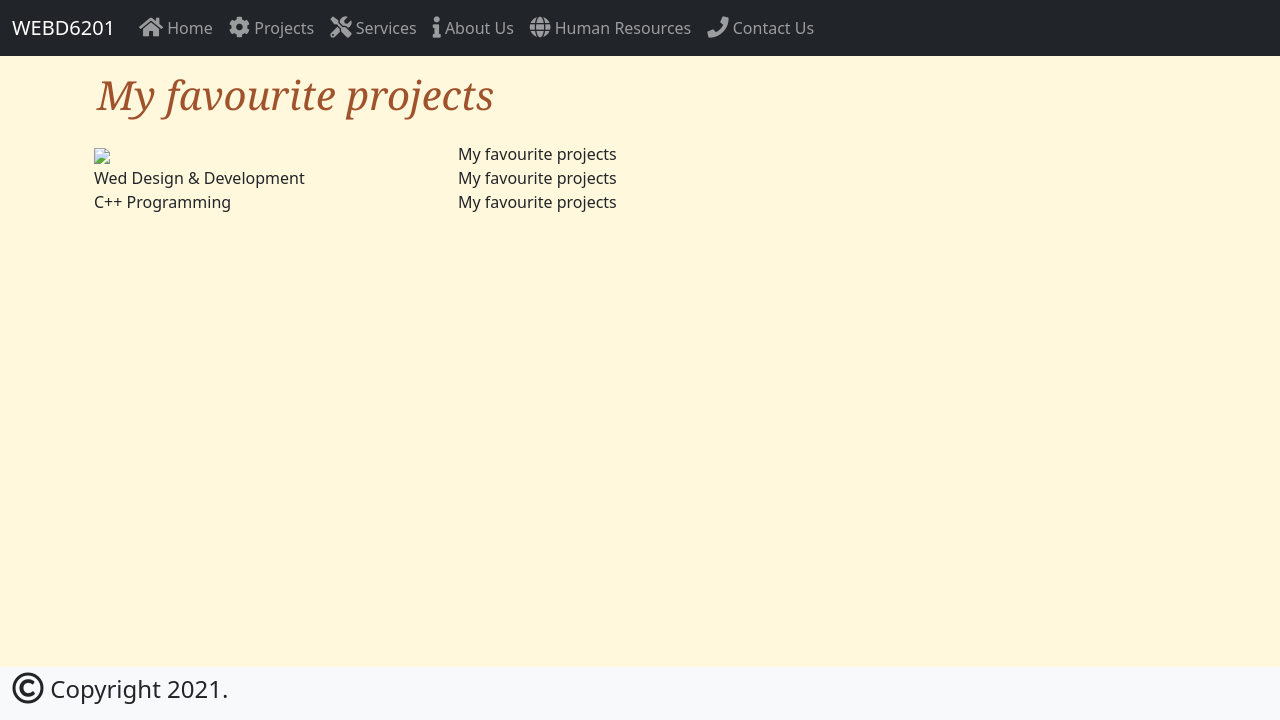
Repository: YiuWingLau/WEBD6201-W2021-Lab1
Page: projects.html
An editor plug-in stored every save of this project. The page is shown before and after the next save, followed by the edit.
The browser window is 1280 px wide. The pictures show the whole page.

Above is the page before, as saved 2021-02-04 20:50:50.
Not found: images/img_me.jpg alt=

### projects.html
<!DOCTYPE html>
<html lang="en">
<head>
    <meta charset="UTF-8">
    <meta name="viewport" content="width=device-width, initial-scale=1.0">
    <title>Projects</title>

    <!--CSS Section -->
    <link rel="stylesheet" href="./node_modules/bootstrap/dist/css/bootstrap.min.css">
    <link rel="stylesheet" href="./node_modules/@fortawesome//fontawesome-free/css/all.min.css">
    <link rel="stylesheet" href="./Content/app.css">
</head>
<body>
    <!-- Main Header-->
    <header>
      <!-- Main Navigation-->
      <nav class="navbar navbar-expand-lg navbar-dark bg-dark">
          <div class="container-fluid">
            <a class="navbar-brand" href="index.html">WEBD6201</a>
            <button class="navbar-toggler" type="button" data-bs-toggle="collapse" data-bs-target="#navbarSupportedContent" aria-controls="navbarSupportedContent" aria-expanded="false" aria-label="Toggle navigation">
              <span class="navbar-toggler-icon"></span>
            </button>
            <div class="collapse navbar-collapse" id="navbarSupportedContent">
              <ul class="navbar-nav me-auto mb-2 mb-lg-0">

                <li id="navBarIndex" class="nav-item">
                  <a class="nav-link" aria-current="page" href="index.html"><i class="fas fa-home fa-lg"></i> Home</a>
                </li>

                <li id="navBarProjects" class="nav-item">
                  <a class="nav-link active" aria-current="page" href="products.html"><i class="fas fa-cog fa-lg"></i> Products</a>
                </li>

                <li id="navBarServices" class="nav-item">
                  <a class="nav-link" aria-current="page" href="services.html"><i class="fas fa-tools fa-lg"></i> Services</a>
                </li>

                <li id="navBarAboutUs" class="nav-item">
                  <a class="nav-link" aria-current="page" href="about.html"><i class="fas fa-info fa-lg"></i> About Us</a>
                </li>

                <li id="navBarContactUs" class="nav-item">
                  <a class="nav-link" aria-current="page" href="contact.html"><i class="fas fa-phone fa-lg"></i> Contact Us</a>
                </li>

              </ul>
            </div>
          </div>
      </nav>
    </header>
    <!-- Main Content -->
    <main class="container">
    </main>

    <!-- Main Footer -->
    <footer>
        <nav class="navbar fixed-bottom navbar-light bg-light">
            <div class="container-fluid">
              <h4><i class="far fa-copyright fa-lg"></i> Copyright 2021.</a></h4>
            </div>
        </nav>
    </footer>
    <!-- JavaScript Section -->
    <script src="./node_modules/jquery/dist/jquery.min.js"></script>
    <script src="./node_modules/bootstrap/dist/js/bootstrap.bundle.min.js"></script>
    <script src="./Scripts/app.js"></script>
</body>
</html>

### Content/app.css
h1 {
    padding: 15px;
    color: sienna;
    font-family: Cambria, Cochin, Georgia, Times, 'Times New Roman', serif;
    font-style: italic;
}

p {
    padding: 15px;
    color: blue;
    font-family:Cambria, Cochin, Georgia, Times, 'Times New Roman', serif;
    font-style: italic;
    font-size: 25px;
    text-align: justify;
}

body {
    background-color: cornsilk;
}

#homePicture {
    width: 1000px;
    height: 600px;
}

### Scripts/app.js
/* custom JavaScript goes here */

//IIFE - Immediately Invoked Function Expression
//AKA - Anonymous Self-Executing Function
//Closure - limits scope leak

"use strict";

(function()
{
    function displayHome()
    {
      // create heading element
      let homeHeading = document.createElement("h1");
      // configure the element
      homeHeading.setAttribute("id", "homeHeading");
      homeHeading.textContent = "Welcome to WEBD6201";
      // select the parent element
      let mainContent = document.getElementsByTagName("main")[0];
      // Add / Insert the element
      mainContent.appendChild(homeHeading);

      // inject the background image to the home pageinject the background image to the home page
        let myhomebackground = document.createElement("img");
        myhomebackground.setAttribute("id", "homePicture");
        myhomebackground.setAttribute("src", "./images/homepagebackground.jpg");
        myhomebackground.setAttribute("alt", "Computer Programmer");
        mainContent.appendChild(myhomebackground);

        // inject the first paragraph to the home page
        let newParagraph = document.createElement("p");
        newParagraph.setAttribute("id", "paragraphTwo");
        newParagraph.textContent = "We provide the best programming service for you...";
        mainContent.appendChild(newParagraph);
    }

    function displayAbout()
    {
        //create new element Human Resources
        let myPicture = document.createElement("img");
        myPicture.setAttribute("id", "myImage");
        myPicture.setAttribute("src", "./images/img_me.jpg");
        myPicture.setAttribute("alt", "Nelson Lau");
        myPicture.setAttribute("width", "192");
        myPicture.setAttribute("height", "108");

        // Step 1. document.createElement
        let ParagraphOne = document.createElement("p");
        // Step 2. configure the element
        ParagraphOne.setAttribute("id", "myIntroduction");
        ParagraphOne.textContent = "Here are my favourite projects.";
        // Step 3. select the parent element
        let mainContent = document.getElementsByTagName("main")[0];
        mainContent.appendChild(myPicture);
        // Step 4. Add / Insert the element
        mainContent.appendChild(ParagraphOne);
        ParagraphOne.className = "fs-lg";

    }

    function displayProjects()
    {
      // create and add heading to Projects page
      let projectHeading = document.createElement("h1");
      projectHeading.setAttribute("id", "projectHeading");
      projectHeading.textContent = " My favourite projects";
      let mainContent = document.getElementsByTagName("main")[0];
      mainContent.appendChild(projectHeading);


      // create favorite projects element div tag
      let project = document.createElement("div");
      project.setAttribute("class", "container");
      project.setAttribute("id", "project");
      mainContent.appendChild(project);

      // create & insert 1st favorite project detail
      let projectOne = document.createElement("div");
      projectOne.setAttribute("class", "row");
      projectOne.setAttribute("id", "projectOne");
      projectOne.innerHTML = `<div class="row"><div class="col-4"><img id="favHardware" src="./images/img_me.jpg alt="Hardware Compontent"></div><div class="col-8"> My favourite projects</div></div>`;
      project.appendChild(projectOne);

      // create & insert 2nd favorite project detail
      let projectTwo = document.createElement("div");
      projectTwo.setAttribute("class", "row");
      projectTwo.setAttribute("id", "projectTwo");
      projectTwo.innerHTML = `<div class="row"><div class="col-4"> Wed Design & Development</div><div class="col-8"> My favourite projects</div></div>`;
      project.appendChild(projectTwo);

      // create & insert 2nd favorite project detail
      let projectThree = document.createElement("div");
      projectThree.setAttribute("class", "row");
      projectThree.setAttribute("id", "projectThree");
      projectThree.innerHTML = `<div class="row"><div class="col-4"> C++ Programming</div><div class="col-8"> My favourite projects</div></div>`;
      project.appendChild(projectThree);
    }

    function displayHumanResources()
    {

    }

    function displayServices()
    {

        // another way of injecting content
        let paragraphDiv = document.createElement("div");
        let paragraphThree = `<p id="paragraphThree" class="fs-7 fw-bold">And this is the Third Paragraph</p>`;
        paragraphDiv.innerHTML = paragraphThree;

        // insertions

        // example of inserting before a node
        // newParagraph.before(paragraphDiv);

        // example of inserting after a node
        newParagraph.after(paragraphDiv);

        // deletions

        // example of removing a single element
        //paragraphOneElement.remove();

        // example of removeChild
       // mainContent.removeChild(paragraphOneElement);
        // update / modification
        //mainContent.firstElementChild.textContent = "Welcome Home!";
    }

    function displayContact()
    {
        let messageArea = document.getElementById("messageArea");
        messageArea.hidden = true;

        // form validation
        let fullName = document.getElementById("fullName");
        fullName.addEventListener("blur", function() {
            if(fullName.value.length < 2)
            {
                fullName.focus();
                fullName.select();
                messageArea.hidden = false;
                messageArea.className = "alert alert-danger";
                messageArea.textContent = "Please enter an appropriate Name";
            }
            else
            {
                messageArea.removeAttribute("class");
                messageArea.hidden = true;
            }
        });

        let sendButton = document.getElementById("sendButton");
        sendButton.addEventListener("click", function(event){
            //event.preventDefault();

            let contact = new Contact(fullName.value, contactNumber.value, emailAddress.value);

            if(contact.serialize())
            {
              localStorage.setItem((localStorage.length + 1).toString(), contact.serialize());
            }

        });
    }

    function displayContactList()
    {
      if (localStorage.length > 0)
      {
        let contactList = document.getElementById("contactList");

        let data = "";

        for (let index = 0; index < localStorage.length; index++)
        {
          let contactData = localStorage.getItem((index + 1).toString());

          let contact = new Contact();
          contact.deserialize(contactData);

          data += `<tr>
          <th scope="row">${index + 1}</th>
          <td>${contact.FullName}</td>
          <td>${contact.ContactNumber}</td>
          <td>${contact.EmailAddress}</td>
        </tr>`;
        }

        contactList.innerHTML = data;
      }
    }

    // function to correct the wrong link and text content in navigation bar
    function changeNavBarName()
    {
        let navName = document.getElementById("navBarProjects");
        navName.innerHTML = `<a class='nav-link' aria-current='page' href='projects.html'><i class="fas fa-cog fa-lg"></i> Projects</a>`;
    }

    // function to add Human Resource element to Nav Bar between About Us and Contact Us
    function addNewNavBarElement()
    {
        //create new element Human Resources
        let newListElement = document.createElement("li");
        newListElement.setAttribute("id", "navBarHumanResources");
        newListElement.setAttribute("class", "nav-item");
        newListElement.innerHTML = `<a class='nav-link' aria-current='page' href='Human-Resources.html'><i class="fas fa-globe fa-lg"></i> Human Resources</a>`;
        // append new element after About Us
        let aboutUsListElement = document.getElementById("navBarAboutUs");
        aboutUsListElement.after(newListElement);
    }

    function Start()
    {
        console.log("App Started...");

        changeNavBarName();

        addNewNavBarElement();

        switch (document.title)
        {
          case "Home":
              displayHome();
            break;
          case "About":
              displayAbout();
            break;
          case "Projects":
              displayProjects();
            break;
          case "Human Resources":
              displayHumanResources();
            break;
          case "Services":
              displayServices();
            break;
          case "Contact":
              displayContact();
            break;
          case "Contact-List":
            displayContactList();
          break;
        }

    }

    window.addEventListener("load", Start);

})();

Loaded but not shown: node_modules/bootstrap/dist/css/bootstrap.min.css (library); node_modules/@fortawesome/fontawesome-free/css/all.min.css (library); node_modules/jquery/dist/jquery.min.js (library); node_modules/bootstrap/dist/js/bootstrap.bundle.min.js (library)

After the next save:
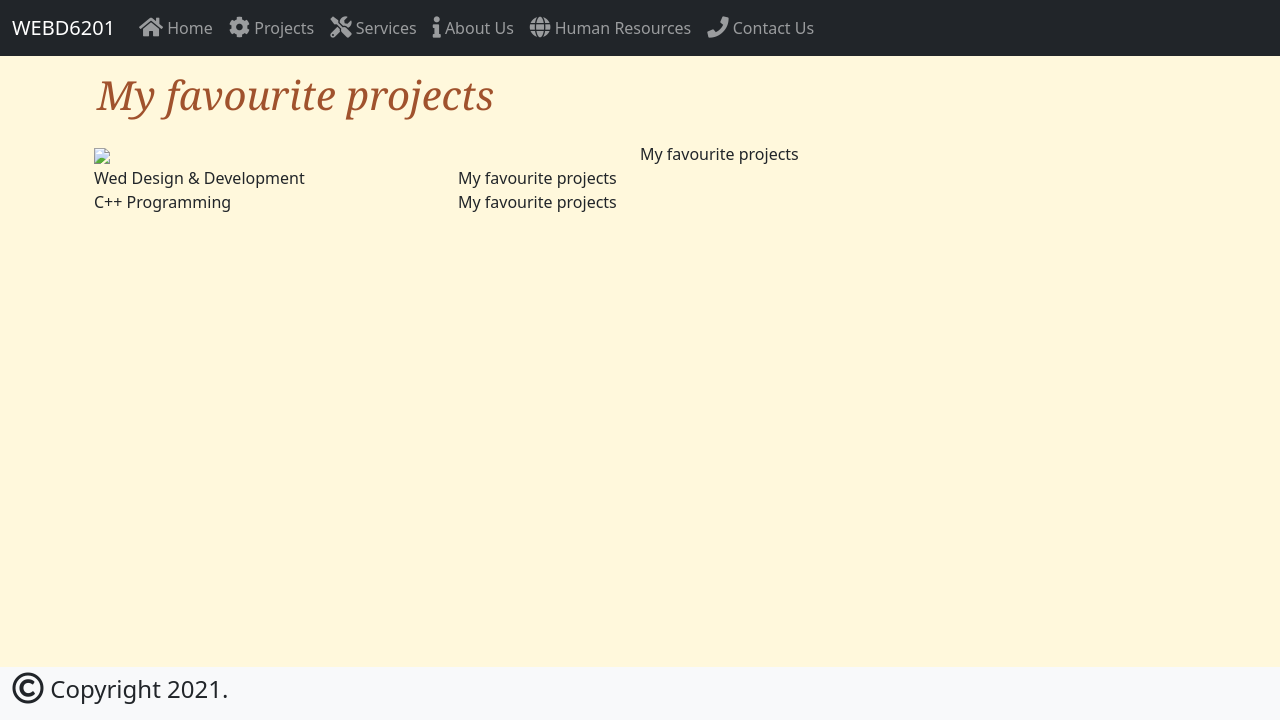
Saved 20 s later.
--- a/Scripts/app.js
+++ b/Scripts/app.js
@@ -78,7 +78,7 @@
       let projectOne = document.createElement("div");
       projectOne.setAttribute("class", "row");
       projectOne.setAttribute("id", "projectOne");
-      projectOne.innerHTML = `<div class="row"><div class="col-4"><img id="favHardware" src="./images/img_me.jpg alt="Hardware Compontent"></div><div class="col-8"> My favourite projects</div></div>`;
+      projectOne.innerHTML = `<div class="row"><div class="col-6"><img id="favHardware" src="./images/img_me.jpg alt="Hardware Compontent"></div><div class="col-6"> My favourite projects</div></div>`;
       project.appendChild(projectOne);
 
       // create & insert 2nd favorite project detail
